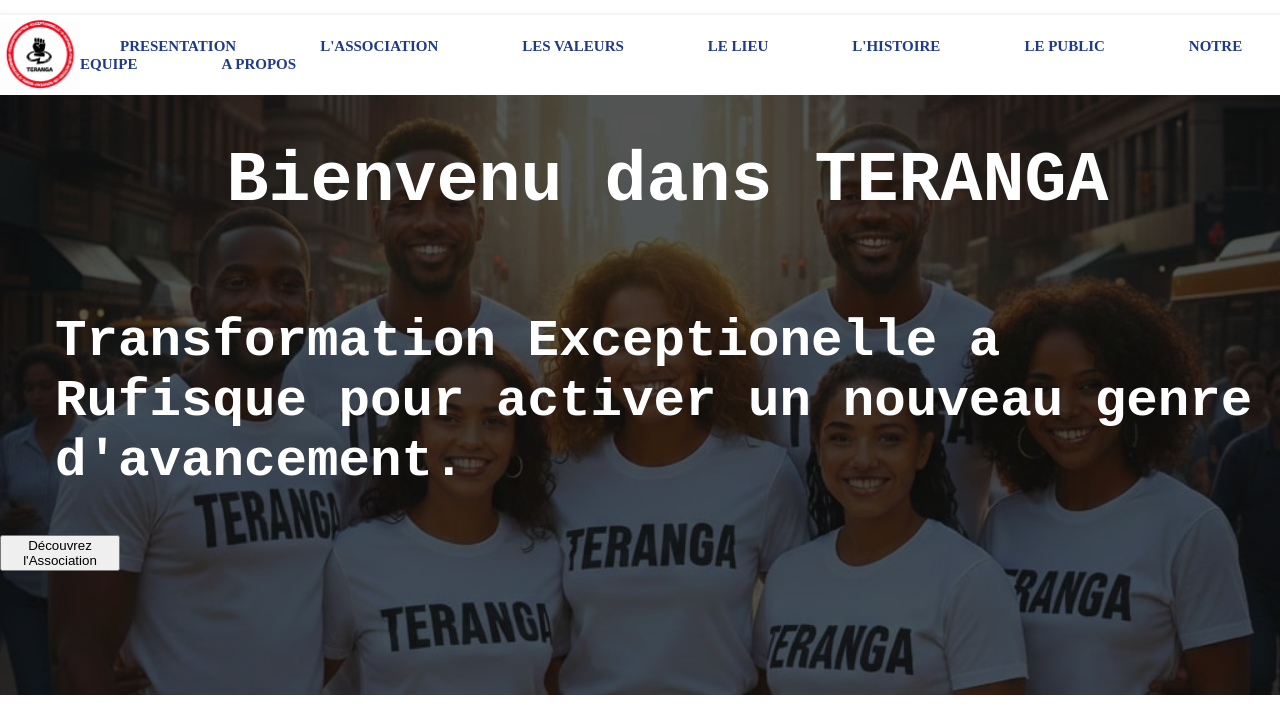
Repository: assanendao171/projet-teranga
Page: presentation.html
These files come from the project's save history. The page is drawn as it stood at one moment and after the next save; the edit follows.
The browser window is 1280 px wide. The pictures show the whole page.

Above is the page before, as saved 2026-02-11 12:23:31.

After the next save:
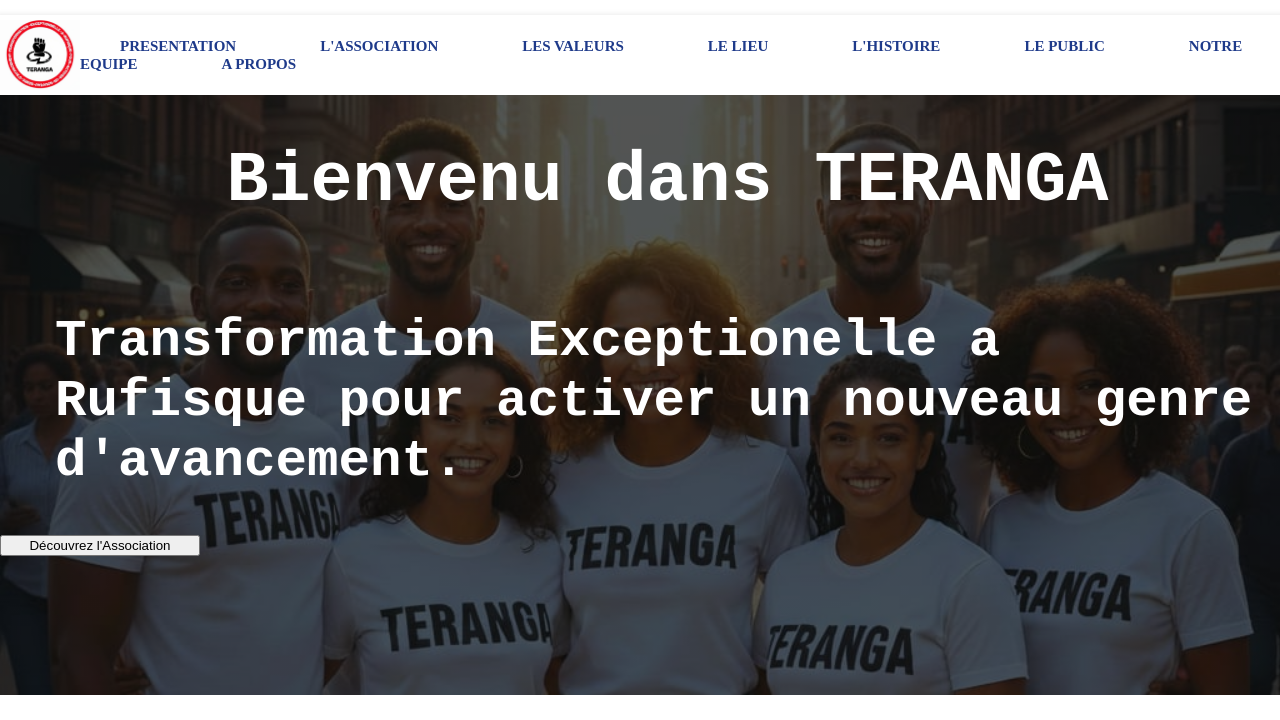
Saved 8 s later.
--- a/presentation.css
+++ b/presentation.css
@@ -45,5 +45,5 @@ font-family: 'Courier New', Courier, monospace;
 margin-left: 55px;
 }
 .btn-hero{
-width: 120px;
+width: 200px;
 }
